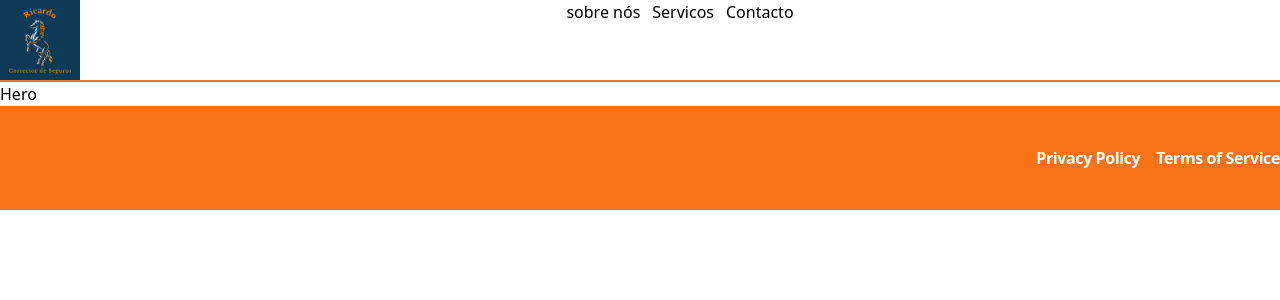
Repository: Arturgouveia1970/ricardo-seguros
Page: /
The author's editor kept a copy of each file at every save. The page is drawn from the files as they stood at one save, then again after the next save.
The browser window is 1280 px wide. The pictures show the whole page.
The project was rebuilt for these pictures with package versions that can differ from the ones it lists, and the page was loaded fresh each time. Also part of the build but not shown: vite.config.js.

Above is the page before, as saved 2024-04-03 16:04:45.

After the next save:
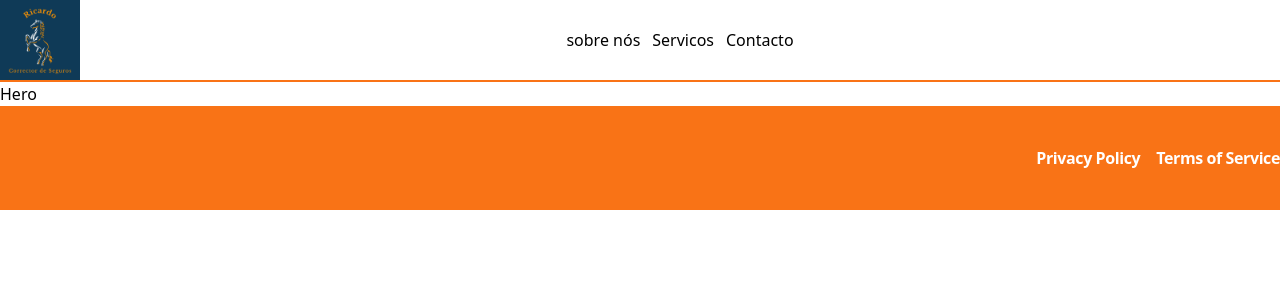
Saved 4 s later.
--- a/src/components/Header.jsx
+++ b/src/components/Header.jsx
@@ -7,7 +7,7 @@
       <div className="h-20 w-20">
         <img src={"/src/assets/ricardo2.png"} alt="logo"  />
       </div>
-      <ul className="flex items gap-3 mx-auto">
+      <ul className="flex items-center gap-3 mx-auto">
         <li>sobre nós</li>
         <li>Servicos</li>
         <li>Contacto</li>
